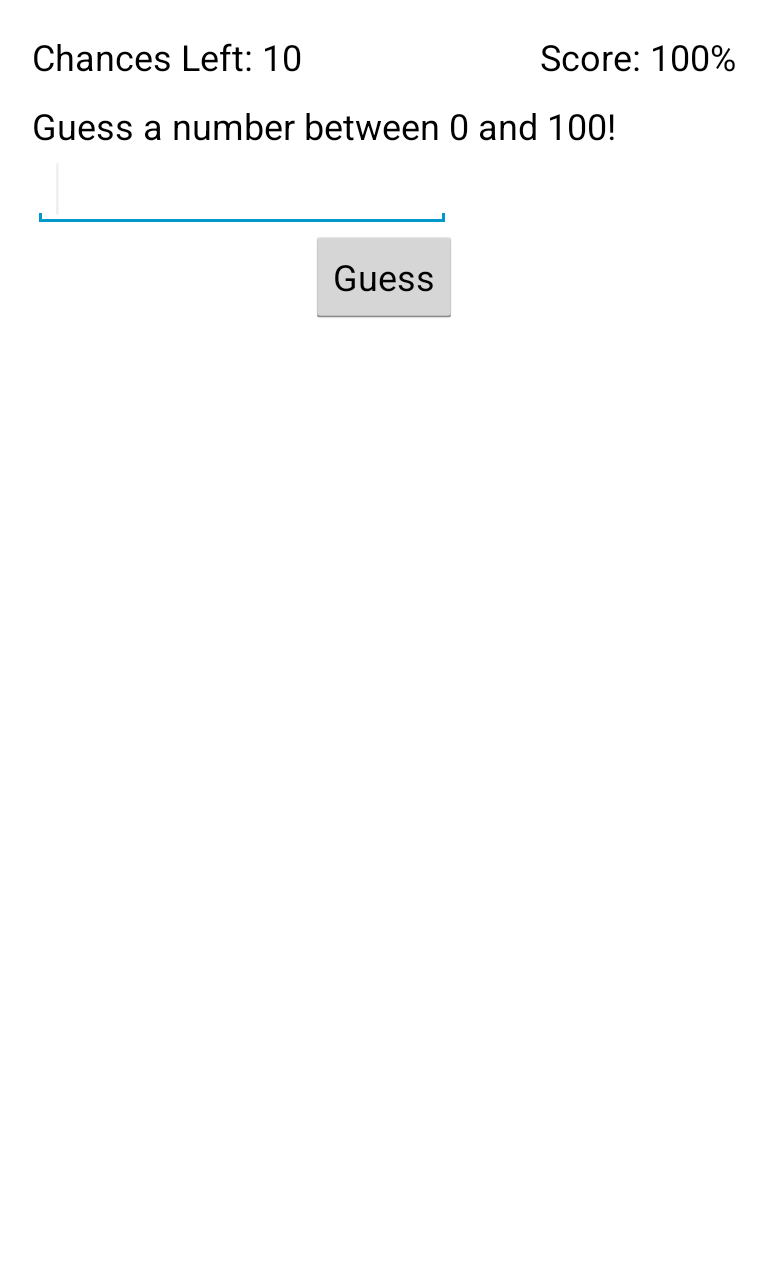
Repository: lethe13/AndroidProgramming
Layout: COMP304-Group1-MicroProject5/res/layout/activity_graphical_guessing_game.xml
An editor plug-in stored every save of this project. The layout is shown before and after the next save, followed by the edit.
It is drawn on a 768 x 1280 px phone screen (xhdpi) without system bars, with theme AppTheme; the app's code is not run.

Above is the layout before, as saved 2015-11-15 20:48:48.

### COMP304-Group1-MicroProject5/res/layout/activity_graphical_guessing_game.xml
<RelativeLayout xmlns:android="http://schemas.android.com/apk/res/android"
    xmlns:tools="http://schemas.android.com/tools"
    android:layout_width="match_parent"
    android:layout_height="match_parent"
    android:paddingBottom="@dimen/activity_vertical_margin"
    android:paddingLeft="@dimen/activity_horizontal_margin"
    android:paddingRight="@dimen/activity_horizontal_margin"
    android:paddingTop="@dimen/activity_vertical_margin"
    tools:context="com.example.comp304_group1_microproject5.GraphicalGuessingGame" >

     <TextView
        android:id="@+id/lblChance"
        android:layout_width="wrap_content"
        android:layout_height="wrap_content"
        android:text="Chances Left: 10"
        android:textAppearance="?android:attr/textAppearanceMedium" />

     <TextView
        android:id="@+id/lblScore"
        android:layout_width="wrap_content"
        android:layout_height="wrap_content"
        android:text="Score: 100%"
        android:layout_alignParentRight="true"
        android:textAppearance="?android:attr/textAppearanceMedium" />

    <TextView
        android:id="@+id/lblInput"
        android:layout_width="wrap_content"
        android:layout_height="wrap_content"
        android:layout_marginTop="10dp"
        android:layout_below="@+id/lblChance"
        android:text="Guess a number between 0 and 100!"
        android:textAppearance="?android:attr/textAppearanceMedium" />

    <EditText
        android:id="@+id/txtInput"
        android:layout_width="wrap_content"
        android:layout_height="wrap_content"
        android:layout_below="@+id/lblInput"
        android:inputType="number"
        android:ems="10" >

        <requestFocus />
    </EditText>

   <Button
        android:id="@+id/btnGo"
        android:layout_width="wrap_content"
        android:layout_height="wrap_content"
        android:layout_centerHorizontal="true"
        android:layout_below="@+id/txtInput"
        android:text="Guess" />

    <TextView
       android:id="@+id/lblMessage"
       android:layout_width="wrap_content"
       android:layout_height="wrap_content"
       android:layout_marginTop="10dp"
       android:layout_below="@+id/btnGo"
       android:text="" />

</RelativeLayout>

Loaded but not shown: COMP304-Group1-MicroProject5/res/values/styles.xml (common file); COMP304-Group1-MicroProject5/res/values-v11/styles.xml (common file); COMP304-Group1-MicroProject5/res/values-v14/styles.xml (common file); COMP304-Group1-MicroProject5/res/values/dimens.xml (common file); COMP304-Group1-MicroProject5/res/values-w820dp/dimens.xml (common file)

After the next save:
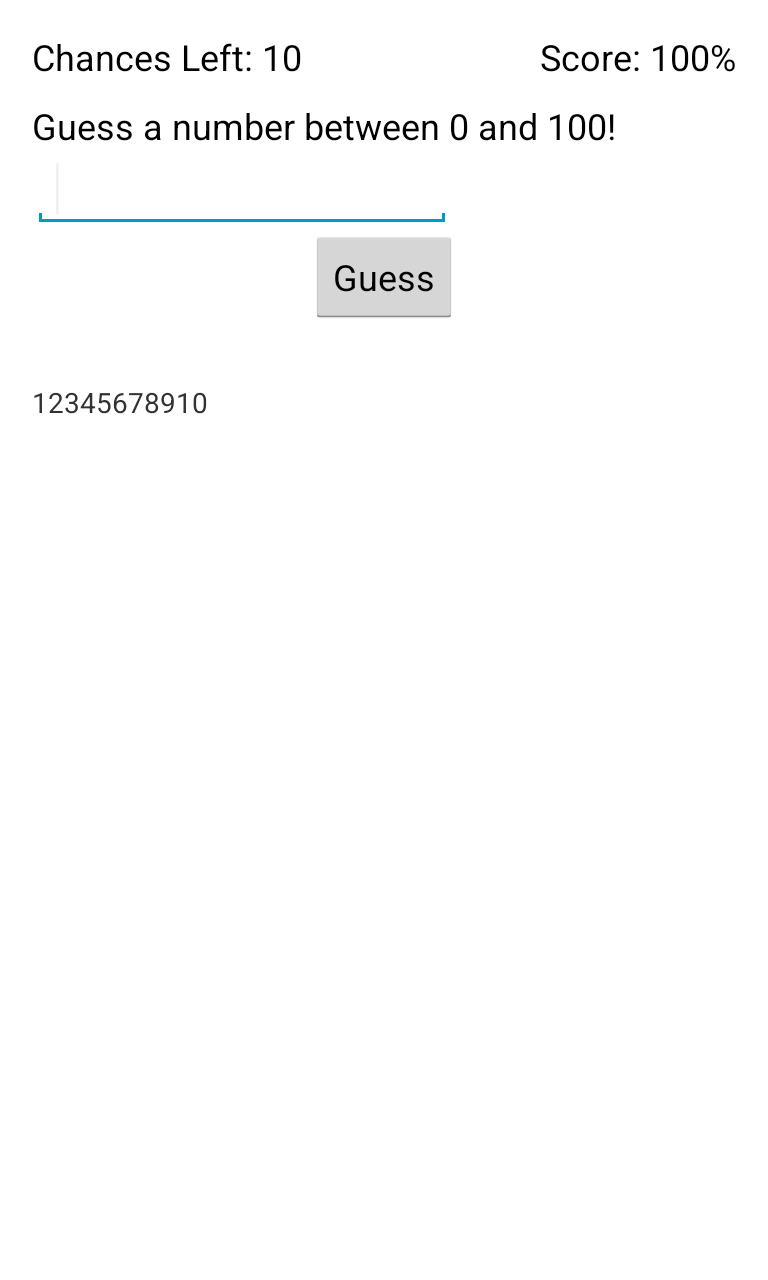
Saved 7 min 34 s later.
--- a/COMP304-Group1-MicroProject5/res/layout/activity_graphical_guessing_game.xml
+++ b/COMP304-Group1-MicroProject5/res/layout/activity_graphical_guessing_game.xml
@@ -59,4 +59,86 @@
        android:layout_below="@+id/btnGo"
        android:text="" />
 
+    <TableLayout
+        android:id="@+id/tblGame"
+        android:layout_width="wrap_content"
+        android:layout_height="wrap_content"
+        android:layout_centerVertical="true"
+        android:layout_below="@+id/lblMessage" >
+
+        <TableRow
+            android:id="@+id/tableRow1"
+            android:layout_width="wrap_content"
+            android:layout_height="wrap_content" >
+
+            <TextView android:id="@+id/lblMessage"
+		       android:layout_width="wrap_content"
+		       android:layout_height="wrap_content"
+		       android:text="1" />
+
+            <TextView android:id="@+id/lblMessage"
+		       android:layout_width="wrap_content"
+		       android:layout_height="wrap_content"
+		       android:text="2" />
+
+            <TextView android:id="@+id/lblMessage"
+		       android:layout_width="wrap_content"
+		       android:layout_height="wrap_content"
+		       android:text="3" />
+
+            <TextView android:id="@+id/lblMessage"
+		       android:layout_width="wrap_content"
+		       android:layout_height="wrap_content"
+		       android:text="4" />
+
+            <TextView android:id="@+id/lblMessage"
+		       android:layout_width="wrap_content"
+		       android:layout_height="wrap_content"
+		       android:text="5" />
+
+            <TextView android:id="@+id/lblMessage"
+		       android:layout_width="wrap_content"
+		       android:layout_height="wrap_content"
+		       android:text="6" />
+
+            <TextView android:id="@+id/lblMessage"
+		       android:layout_width="wrap_content"
+		       android:layout_height="wrap_content"
+		       android:text="7" />
+
+            <TextView android:id="@+id/lblMessage"
+		       android:layout_width="wrap_content"
+		       android:layout_height="wrap_content"
+		       android:text="8" />
+
+            <TextView android:id="@+id/lblMessage"
+		       android:layout_width="wrap_content"
+		       android:layout_height="wrap_content"
+		       android:text="9" />
+
+            <TextView android:id="@+id/lblMessage"
+		       android:layout_width="wrap_content"
+		       android:layout_height="wrap_content"
+		       android:text="10" />
+        </TableRow>
+
+        <TableRow
+            android:id="@+id/tableRow2"
+            android:layout_width="wrap_content"
+            android:layout_height="wrap_content" >
+        </TableRow>
+
+        <TableRow
+            android:id="@+id/tableRow3"
+            android:layout_width="wrap_content"
+            android:layout_height="wrap_content" >
+        </TableRow>
+
+        <TableRow
+            android:id="@+id/tableRow4"
+            android:layout_width="wrap_content"
+            android:layout_height="wrap_content" >
+        </TableRow>
+    </TableLayout>
+
 </RelativeLayout>
